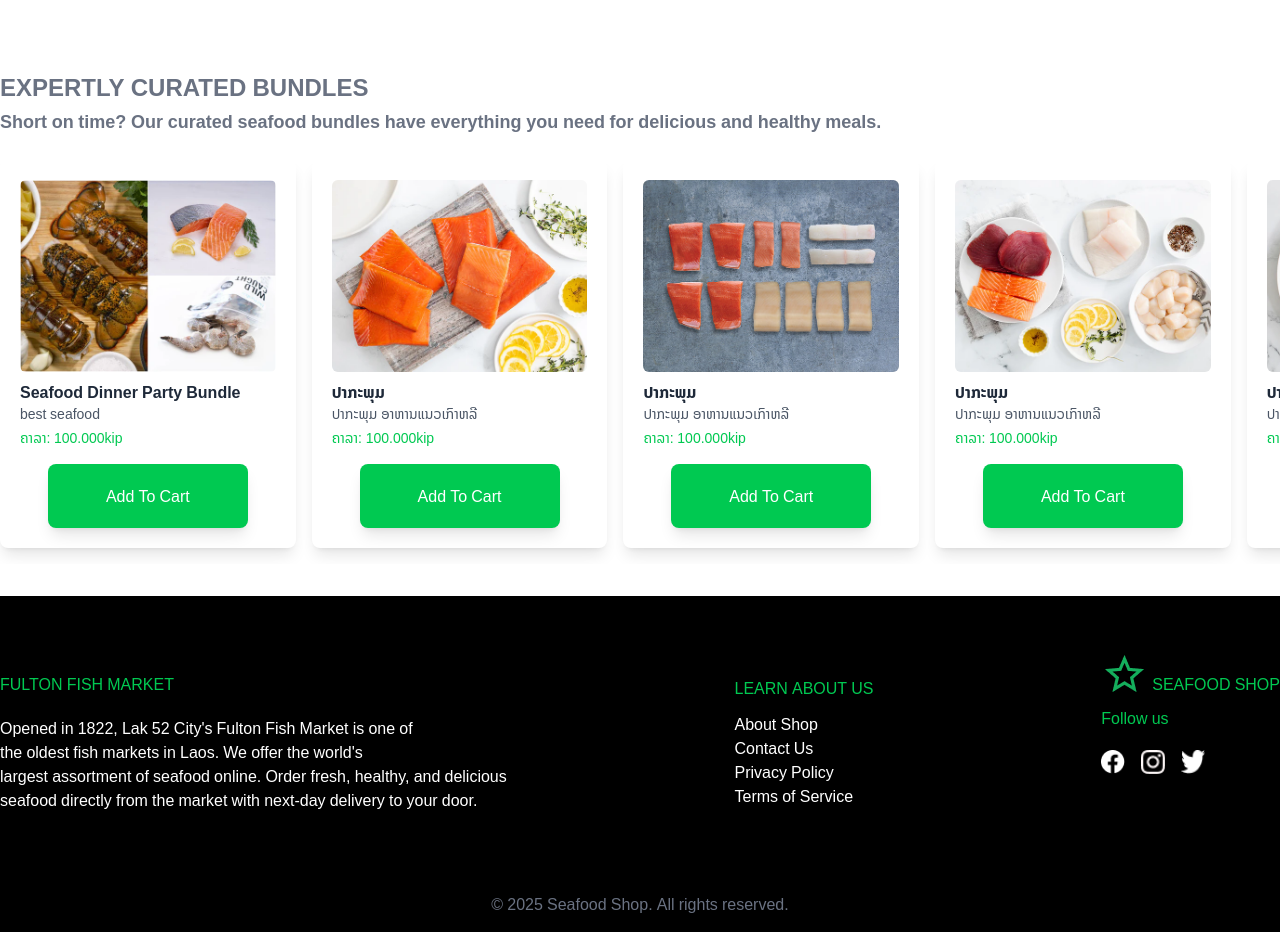
Repository: KongRucifer/SeaFood-Shop
Page: /modules/home/views
The author's editor kept a copy of each file at every save. The page is drawn from the files as they stood at one save, then again after a run of saves.
The browser window is 1280 px wide. The pictures show the part of the page from y = 2352 to 3284 px (the page is 3284 px tall).
The project was rebuilt for these pictures with package versions that can differ from the ones it lists, and the page was loaded fresh each time. The framework's server and built-in components were replaced by stand-ins that run in the browser. Also part of the build but not shown: next.config.ts.

Above is the page before, as saved 2025-06-25 20:28:43.

### src/app/layout.tsx
import type { Metadata } from "next";
import { Geist, Geist_Mono } from "next/font/google";
import "./globals.css";
import Navbar from "@/app/components/Navbar";
import Footer from "@/app/components/Footer";
import { Noto_Sans_Lao } from 'next/font/google';
 const geistSans = Geist({
  variable: "--font-geist-sans",
  subsets: ["latin"],
});

const geistMono = Geist_Mono({
  variable: "--font-geist-mono",
  subsets: ["latin"],
});
const notoSansLao = Noto_Sans_Lao({
  subsets: ['lao'],
  weight: ['400', '700'],
  variable: '--font-noto-sans-lao',
  display: 'swap',
});
export const metadata: Metadata = {
  title: "ຮ້ານຂາຍອາຫານທະເລ - ໜ້າທຳອິດ | Seafood Shop",
  description:
    "ຮ້ານຂາຍອາຫານທະເລອອນໄລ ໜ້າທຳອິດ ລວມອາຫານທະເລຫຼາກຫຼາຍ ເຊັ່ນ ປາ, ປູ, ກຸ້ງ ແລະ ອາຫານທະເລອື່ນໆ ສາມາດສັ່ງຊື້ໃນເວັບໄຊໄດ້ ມີບໍລິການສົ່ງໄປເຖີງທີ່ ສາມາດເຮັດ ການໂອນເງິນ ທີ່ເວັບໄຊທ໌ຂອງພວກເຮົາ",
  keywords:
    "ອາຫານທະເລ ອອນໄລ, ຮ້ານຂາຍອາຫານທະເລ, ສັ່ງອາຫານທະເລ, ອາຫານທະເລສົ່ງໄວທັນໃຈ",
  authors: [{ name: "kong mong thao" }],
  publisher: "Super Shop SeaFood",
  robots: {
    index: true,
    follow: true,
  },
  openGraph: {
    title: "ຮ້ານຂາຍອາຫານທະເລ - ໜ້າທຳອິດ | Seafood Shop",
    description:
      "ສັ່ງຊື້ອາຫານທະເລ ລາຄາຖືກ ສົ່ງໄວ ທັນໃຈ ສາມາດໂອນເງີນ ປາຍທາງໄດ້",
    url: "http://localhost:3000/images/fish.jpeg",
    siteName: "Seafood Shop",
    locale: "th_TH",
    type: "website",
    images: [
      {
        url: "http://localhost:3000/images/myshopSeafood.jpeg",
        width: 1200,
        height: 630,
        alt: "Food Shop Image",
      },
    ],
  },
  twitter: {
    card: "summary_large_image",
    title: "ຮ້ານຂາຍອາຫານທະເລ - ໜ້າທຳອິດ | Seafood Shop",
    description:
      "ສັ່ງຊື້ອາຫານທະເລ ລາຄາຖືກ ສົ່ງໄວ ທັນໃຈ ມີບໍລິການໂອນເງີນ ປາຍທາງ",
    images: ["http://localhost:3000/images/seafood2.jpeg"],
  },
  alternates: {
    canonical: "https://yourdomain.com/",
  },

}
export const viewport = {
  width: 'device-width',
  initialScale: 1,
};
export default function RootLayout({
  children,
}: Readonly<{
  children: React.ReactNode;
}>) {
  return (
    <html lang="lo" className={notoSansLao.variable}>
      <body
        className={`${geistSans.variable} ${geistMono.variable} antialiased`}
      >
        <Navbar />
        {children}
        <Footer />
      </body>
    </html>
  );
}

### src/app/modules/home/views/page.tsx
import Banner from "@/app/modules/home/components/Banner.component";
import Best_Sellers from "@/app/modules/home/components/Best_Sellers.component";
import Popular_Shellfish from "@/app/modules/home/components/Popular_Shellfish.component";
import Fulton_Finsider from "@/app/modules/home/components/Fulton_Finsider.component";
import Healthy_Meals from "@/app/modules/home/components/Healthy_Meals.component";
export default function Home() {
  return (
    <div className="flex flex-col items-center justify-center ">
      <Banner />
      <Best_Sellers />
      <Popular_Shellfish />
      <Fulton_Finsider />
      <Healthy_Meals />
    </div>
  );
}

### src/app/globals.css
 @import "tailwindcss";
 body {
  font-family: var(--font-noto-sans-lao), sans-serif;
}
@keyframes upDown {
  0% {
    transform: translateY(0);
  }
  50% {
    transform: translateY(-10px);
  }
  100% {
    transform: translateY(0);
  }
}

.hover-updown:hover {
  animation: upDown 1s ease-in-out infinite;
}

### src/app/components/Navbar.tsx
import Link from "next/link";

export default async function Navbar() {
  return (
    <nav className="bg-white border-gray-200 dark:bg-gray-900 shadow-md fixed top-0 left-0 z-50 w-full">
      <div className="container mx-auto">
      <div className=" flex flex-wrap items-center justify-between  p-4">
        <div className="flex items-center">
          <img
            src="/images/lets-icons_shop.png"
            className="h-8 mr-3"
            alt="Seafood Shop Logo"
          />
          <span className="self-center text-2xl font-semibold whitespace-nowrap dark:text-white">
            Seafood Shop
          </span>
        </div>
        <div className="flex justify-center items-center md:order-2 gap-10">
          <Link href="/" className="-pb-1 border-b-2 border-transparent hover:border-green-500 transition">Home</Link>
          <Link href="/" className="-pb-1 border-b-2 border-transparent hover:border-green-500 transition">About Shop</Link>
          <Link href="/" className="-pb-1 border-b-2 border-transparent hover:border-green-500 transition">Contact Us</Link>
          <Link href="/" className="border border-green-500 text-green-500 px-4 py-2 rounded hover:bg-green-50 transition">
            Sign Up
          </Link>
          <Link href="/" className="border border-green-500 text-green-500 px-4 py-2 rounded hover:bg-green-50 transition">
            Sign In
          </Link>
        </div>
      </div>
      </div>
    </nav>
  );
}

### src/app/components/Footer.tsx

export default async function Footer() {
  return (
    <footer className="bg-black dark:bg-gray-900">
      <div className="max-w-screen-xl mx-auto container pt-4 pb-4 sm:items-center">
        <div>

        <div className="flex flex-col  md:flex-row justify-between  items-start md:items-center space-y-4 md:space-y-0 md:space-x-8 text-white mb-20 mt-15">
           <div>
             <h3 className="mb-5 text-green-500">FULTON FISH MARKET</h3>
           <div>
            <p className="text-md">Opened in 1822, Lak 52 City's Fulton Fish Market is one of  </p>
            <p className="text-md">the oldest fish markets in Laos. We offer the world&apos;s</p>
            <p className="text-md">largest assortment of seafood online. Order fresh, healthy, and delicious</p>
            <p className="text-md"> seafood directly from the market with next-day delivery to your door.</p>
           </div>
           </div>
           <div>
             <h3 className="mb-3 text-green-500 ">LEARN ABOUT US</h3>
           <div>
            <ul>
              <li className="cursor-pointer hover:text-gray-300 transition">About Shop</li>
              <li className="cursor-pointer hover:text-gray-300 transition" >Contact Us</li>
              <li className="cursor-pointer hover:text-gray-300 transition" >Privacy Policy</li>
              <li className="cursor-pointer hover:text-gray-300 transition">Terms of Service</li>
            </ul>
           </div>
           </div>
           <div className="xl:-mt-10 lg:-mt-10 sm:mt-10 md:-mt-13    ">
             <div className="mb-2 text-green-500 flex items-center gap-1"><img  src="/images/star.png" alt="no image star"  className="-mt-5" /><h3>SEAFOOD SHOP</h3></div>
           <div>
             <h3 className="mb-5 text-green-500 items-center">Follow us</h3>
              <ul className="flex space-x-4 content-center">
                <li>
                  <a href="https://www.facebook.com" target="_blank" rel="noopener noreferrer">
                    <img  src="/images/facebook.png"  alt="Facebook" className="w-6 h-6" />
                  </a>
                </li>
                <li>
                  <a href="https://www.instagram.com" target="_blank" rel="noopener noreferrer">
                    <img  src="/images/instagram.png"  alt="Instagram" className="w-6 h-6" />
                  </a>
                </li>
                <li>
                  <a href="https://www.twitter.com" target="_blank" rel="noopener noreferrer">
                    <img  src="/images/twitter.png"  alt="Twitter" className="w-6 h-6" />
                  </a>
                </li>
               </ul>
           </div>
           </div>
        </div>
        <div className="text-center text-gray-500 dark:text-gray-400">
          © {new Date().getFullYear()} Seafood Shop. All rights reserved.
        </div>
        </div>
      </div>
    </footer>
  ); }

### src/app/modules/home/components/Banner.component.tsx
import Image  from 'next/image';
export default async function Banner() {
  return (
    <div className="relative w-full h-130 r overflow-hidden mb-10">
  <img
    src="/images/food.jpg"
    alt="no image seafood"
    className="absolute inset-0 w-full h-full object-cover opacity-60"
  />
  <h1 className="relative z-10 flex items-center justify-center h-full text-4xl font-bold text-gray-700">
    Welcome to Seafood Shop
  </h1>
</div>
  );
}

### src/app/modules/home/components/Fulton_Finsider.component.tsx
import Image from "next/image";
export default async function Fulton_Finsider() {
  return (
    <div className="relative w-full h-[40rem] overflow-hidden mb-10">
      <div>
        <img
          src="/images/celender2.png"
          alt="Seafood background"
          className="absolute  w-full h-full object-cover"
        />
      </div>

      <div className="relative z-10 flex flex-col md:flex-row items-center justify-start h-full text-center px-4 md:px-10 text-gray-800 bg-black/30 ">
        <div className="max-w-sm  rounded-xl p-6 m-4 shadow-lg">
          <div className="w-20 h-20 bg-white rounded-full flex items-center justify-center mx-auto mb-4 shadow ">
            <img
              src="/images/puss.png"
              alt="Seafood Icon"
              className="w-12 h-12 hover-updown"
            />
          </div>
          <h2 className="text-xl font-semibold mb-2">Dive In & Explore</h2>
          <p className="text-sm mb-2 text-gray-300">
            Craving buttery scallops, sushi-grade tuna, or wild-caught salmon?
            We’ve got the best, chef-quality seafood ready for your table!
          </p>
          <p className="text-sm mb-4 font-medium text-white">
            Pro Tip: Not sure what to try first?
          </p>
          <button className="px-4 py-2 bg-white border border-gray-300 text-gray-600 rounded hover:bg-gray-100 transition">
            OUR BEST SELLERS
          </button>
        </div>

        <div className="max-w-sm  rounded-xl p-6 m-4 shadow-lg">
          <div className="w-20 h-20 bg-white rounded-full flex items-center justify-center mx-auto mb-4 shadow ">
            <img
              src="/images/pass.png"
              alt="Seafood Icon"
              className="w-12 h-12 hover-updown"
            />
          </div>
          <h2 className="text-xl font-semibold mb-2">Make Your Catch</h2>
          <p className="text-sm mb-2 text-gray-300">
            Love fresh seafood? Set it and forget it! Subscribe for savings, VIP
            perks, and exclusive gifts—no effort required!
          </p>
          <p className="text-sm mb-4 font-medium text-white">
            Save 15% or more on every order!
          </p>
          <button className="px-4 py-2 bg-white border border-gray-300 text-gray-600 rounded hover:bg-gray-100 transition">
            SUBSCRIBE & SAVE
          </button>
        </div>

        <div className="max-w-sm  rounded-xl p-6 m-4 shadow-lg">
          <div className="w-20 h-20 bg-white rounded-full flex items-center justify-center mx-auto mb-4 shadow ">
            <img
              src="/images/puss.png"
              alt="Seafood Icon"
              className="w-12 h-12 hover-updown"
            />
          </div>
          <h2 className="text-xl font-semibold mb-2">Reel It In</h2>
          <p className="text-sm mb-2 text-gray-300">
            Our seafood ships fast, freshly-frozen, and packed with care in
            eco-friendly materials. No more guessing how long that store-bought
            fish has been hanging around!
          </p>
          <p className="text-sm mb-4 font-medium text-white">
            Worried about cooking? Don’t be!
          </p>
          <button className="px-4 py-2 bg-white border border-gray-300 text-gray-600 rounded hover:bg-gray-100 transition">
            TIPS & RECIPES
          </button>
        </div>
      </div>
    </div>
  );
}

### src/app/modules/home/components/Healthy_Meals.component.tsx
import Image from "next/image";
export default async function Healthy_Meals() {
  return (
    <div className="container mx-auto py-8">
      <div>
        <h1 className="text-2xl font-bold mb-1 text-gray-500 ">
          EXPERTLY CURATED BUNDLES
        </h1>
        <h2 className="text-lg font-bold mb-6 text-gray-500 ">
          Short on time? Our curated seafood bundles have everything you need
          for delicious and healthy meals.
        </h2>
      </div>
      <div className="flex overflow-x-auto space-x-4 pb-4">
        {/* Card 1 */}
        <div className="min-w-[200px] flex-shrink-0 bg-white rounded-lg shadow-lg p-5 transform transition duration-300 hover:scale-105">
          <div>
            <img
              src="/images/shak.webp"
              alt="Seafood Dish 1"
              className="w-full h-48 object-cover rounded-md transition-transform duration-500 ease-in-out group-hover:scale-105"
            />
          </div>
          <div className="mt-2">
            <h4 className="font-semibold text-gray-800">Seafood Dinner Party Bundle</h4>
            <p className="text-sm text-gray-600">best seafood</p>
            <p className="text-sm text-green-500 mt-1">ຄາລາ: 100.000kip</p>
          </div>
          <div className="flex justify-center mt-4">
            <button className="min-w-[200px] flex-shrink-0  rounded-lg shadow-lg p-5 cursor-pointer bg-green-500 hover:bg-green-700 text-white transform transition duration-300 hover:scale-105">
              Add To Cart
            </button>
          </div>
        </div>

        {/* Card 2 */}
        <div className="min-w-[200px] flex-shrink-0 bg-white rounded-lg shadow-lg p-5 transform transition duration-300 hover:scale-105">
          <div>
            <img
              src="/images/xaspus.webp"
              alt="Seafood Dish 2"
              className="w-full h-48 object-cover rounded-md"
            />
          </div>
          <div className="mt-2">
            <h4 className="font-semibold text-gray-800">ປາກະພຸມ</h4>
            <p className="text-sm text-gray-600">ປາກະພຸມ ອາຫານແນວເກົາຫລີ</p>
            <p className="text-sm text-green-500 mt-1">ຄາລາ: 100.000kip</p>
          </div>
          <div className="flex justify-center mt-4">
            <button className="min-w-[200px] flex-shrink-0  rounded-lg shadow-lg p-5 cursor-pointer bg-green-500 hover:bg-green-700 text-white transform transition duration-300 hover:scale-105">
              Add To Cart
            </button>
          </div>
        </div>

        {/* Card 3 */}
        <div className="min-w-[200px] flex-shrink-0 bg-white rounded-lg shadow-lg p-5 transform transition duration-300 hover:scale-105">
          <div>
            <img
              src="/images/xibxus.jpg"
              alt="Seafood Dish 3"
              className="w-full h-48 object-cover rounded-md"
            />
          </div>
          <div className="mt-2">
            <h4 className="font-semibold text-gray-800">ປາກະພຸມ</h4>
            <p className="text-sm text-gray-600">ປາກະພຸມ ອາຫານແນວເກົາຫລີ</p>
            <p className="text-sm text-green-500 mt-1">ຄາລາ: 100.000kip</p>
          </div>
          <div className="flex justify-center mt-4">
            <button className="min-w-[200px] flex-shrink-0  rounded-lg shadow-lg p-5 cursor-pointer bg-green-500 hover:bg-green-700 text-white transform transition duration-300 hover:scale-105">
              Add To Cart
            </button>
          </div>
        </div>
        {/* Card 4 */}

        <div className="min-w-[200px] flex-shrink-0 bg-white rounded-lg shadow-lg p-5 transform transition duration-300 hover:scale-105">
          <div>
            <img
              src="/images/xusxib.webp"
              alt="Seafood Dish 3"
              className="w-full h-48 object-cover rounded-md"
            />
          </div>
          <div className="mt-2">
            <h4 className="font-semibold text-gray-800">ປາກະພຸມ</h4>
            <p className="text-sm text-gray-600">ປາກະພຸມ ອາຫານແນວເກົາຫລີ</p>
            <p className="text-sm text-green-500 mt-1">ຄາລາ: 100.000kip</p>
          </div>
          <div className="flex justify-center mt-4">
            <button className="min-w-[200px] flex-shrink-0  rounded-lg shadow-lg p-5 cursor-pointer bg-green-500 hover:bg-green-700 text-white transform transition duration-300 hover:scale-105">
              Add To Cart
            </button>
          </div>
        </div>
        {/* Card 5 */}

        <div className="min-w-[200px] flex-shrink-0 bg-white rounded-lg shadow-lg p-5 transform transition duration-300 hover:scale-105">
          <div>
            <img
              src="/images/content3food.webp"
              alt="Seafood Dish 3"
              className="w-full h-48 object-cover rounded-md"
            />
          </div>
          <div className="mt-2">
            <h4 className="font-semibold text-gray-800">ປາກະພຸມ</h4>
            <p className="text-sm text-gray-600">ປາກະພຸມ ອາຫານແນວເກົາຫລີ</p>
            <p className="text-sm text-green-500 mt-1">ຄາລາ: 100.000kip</p>
          </div>
          <div className="flex justify-center mt-4">
            <button className="min-w-[200px] flex-shrink-0  rounded-lg shadow-lg p-5 cursor-pointer bg-green-500 hover:bg-green-700 text-white transform transition duration-300 hover:scale-105">
              Add To Cart
            </button>
          </div>
        </div>
      </div>
    </div>
  );
}

Loaded but not shown: src/app/modules/home/components/Best_Sellers.component.tsx (129 lines, source omitted); src/app/modules/home/components/Popular_Shellfish.component.tsx (121 lines, source omitted)

After the next 4 saves:
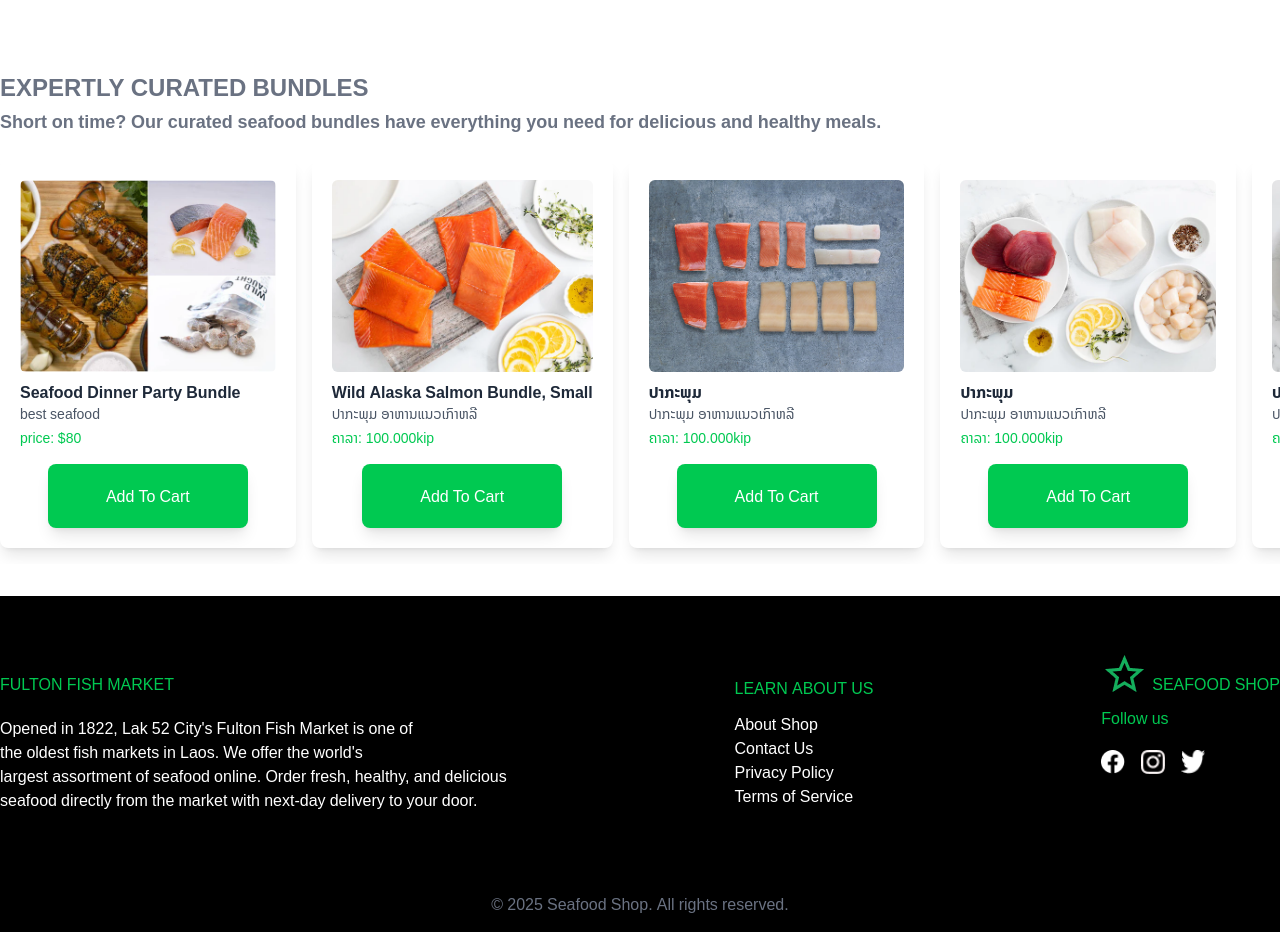
The 4 saves are shown as one change because they came seconds apart.
The last was saved 30 s later.
--- a/src/app/modules/home/components/Healthy_Meals.component.tsx
+++ b/src/app/modules/home/components/Healthy_Meals.component.tsx
@@ -24,7 +24,7 @@ export default async function Healthy_Meals() {
           <div className="mt-2">
             <h4 className="font-semibold text-gray-800">Seafood Dinner Party Bundle</h4>
             <p className="text-sm text-gray-600">best seafood</p>
-            <p className="text-sm text-green-500 mt-1">ຄາລາ: 100.000kip</p>
+            <p className="text-sm text-green-500 mt-1">price: $80</p>
           </div>
           <div className="flex justify-center mt-4">
             <button className="min-w-[200px] flex-shrink-0  rounded-lg shadow-lg p-5 cursor-pointer bg-green-500 hover:bg-green-700 text-white transform transition duration-300 hover:scale-105">
@@ -43,7 +43,7 @@ export default async function Healthy_Meals() {
             />
           </div>
           <div className="mt-2">
-            <h4 className="font-semibold text-gray-800">ປາກະພຸມ</h4>
+            <h4 className="font-semibold text-gray-800">Wild Alaska Salmon Bundle, Small</h4>
             <p className="text-sm text-gray-600">ປາກະພຸມ ອາຫານແນວເກົາຫລີ</p>
             <p className="text-sm text-green-500 mt-1">ຄາລາ: 100.000kip</p>
           </div>
